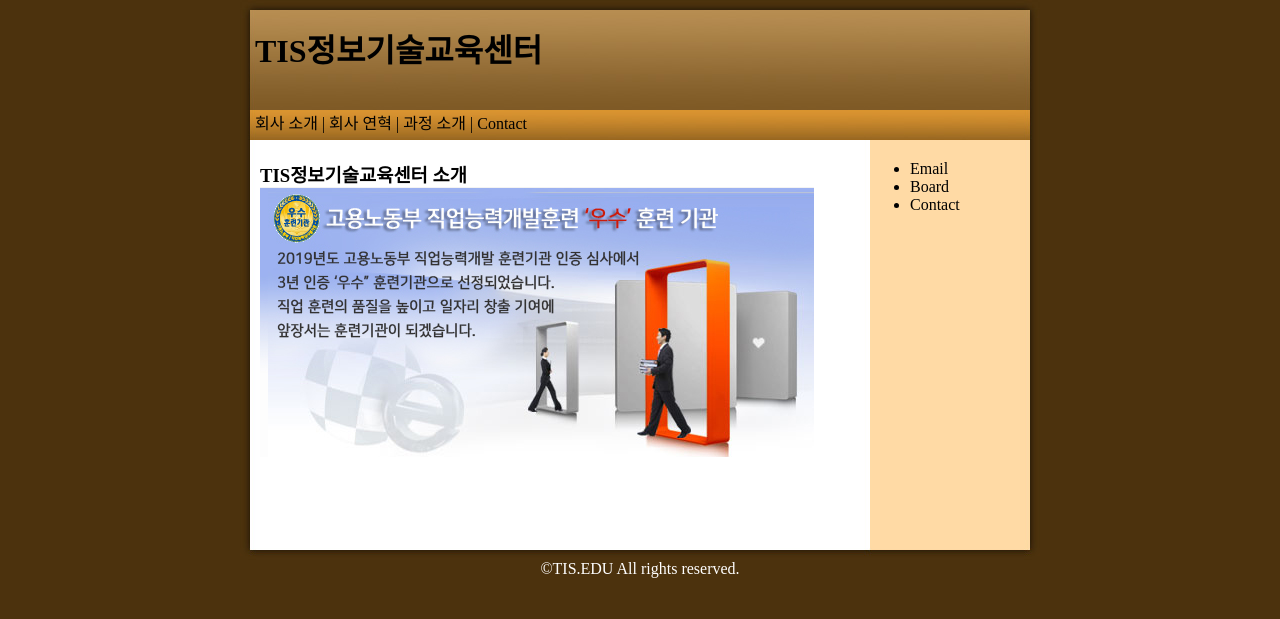
Repository: dkfagh/JSP_WS_2019_1
Page: http://localhost/191112/191112.jsp
These files come from the project's save history. The page is drawn as it stood at one moment and after the next save; the edit follows.
The browser window is 1280 px wide. The pictures show the whole page.
The page is served by Tomcat 9.

Above is the page before, as saved 2019-11-12 06:51:16.

### 191112/WebContent/191112.jsp
<%@ page language="java" contentType="text/html; charset=UTF-8"
    pageEncoding="UTF-8"%>
<!DOCTYPE html>
<html>
<head>
<meta charset="UTF-8">
<title>191112_JSP_02</title>
<style>
        *{margin:0;padding:0;}
        body{background-color:#4C320D;}
        /* margin:auto -> 좌우 여백 동일하게(가운데 정렬), width 설정해줘야함 */
        #wrap{width:800px;margin:auto;}
        #top{width:800px;height:10px;background-image: url("img/top.jpg");}
        #header{width:800px;height:100px;background-image: url("img/header.jpg");
                padding:15px;box-sizing: border-box;}
        #menu{width:800px;height:30px;background-image: url("img/menu.jpg");
              padding-left:15px;box-sizing: border-box;}
        #content{width:800px;height:400px;background-image: url("img/content.jpg");
                 padding:20px;box-sizing: border-box;}
        #bottom{width:800px;height:20px;background-image: url("img/bottom.jpg");}
        #footer{width:800px;text-align: center;color:white}
        #left{width:650px;float: left;}
    </style>
</head>
<body>
	<div id="wrap">
        <div id="top"></div>
        <div id="header">
            <h1>TIS정보기술교육센터</h1>
        </div>
        <div id="menu">
        	    회사 소개  |  회사 연혁  |  과정 소개  |  Contact
        </div>
        <div id="content">
            <div id="left">
                <h3>TIS정보기술교육센터 소개</h3>
                <img src="img/title.png" alt="교육 소개">
            </div>
            <div id="right">
                <ul>
                    <li>Email</li>
                    <li>Board</li>
                    <li>Contact</li>
                </ul>
            </div>
        </div>
        <div id="bottom"></div>
        <div id="footer">
            &copy;TIS.EDU All rights reserved.
        </div>
    </div>
</body>
</html>

### 191112/WebContent/menu.jsp
<%@ page language="java" contentType="text/html; charset=UTF-8"
    pageEncoding="UTF-8"%>
<hr>
<div id="menu">
회사 소개  |  회사 연혁  |  과정 소개  |  Contact
</div>

After the next save:
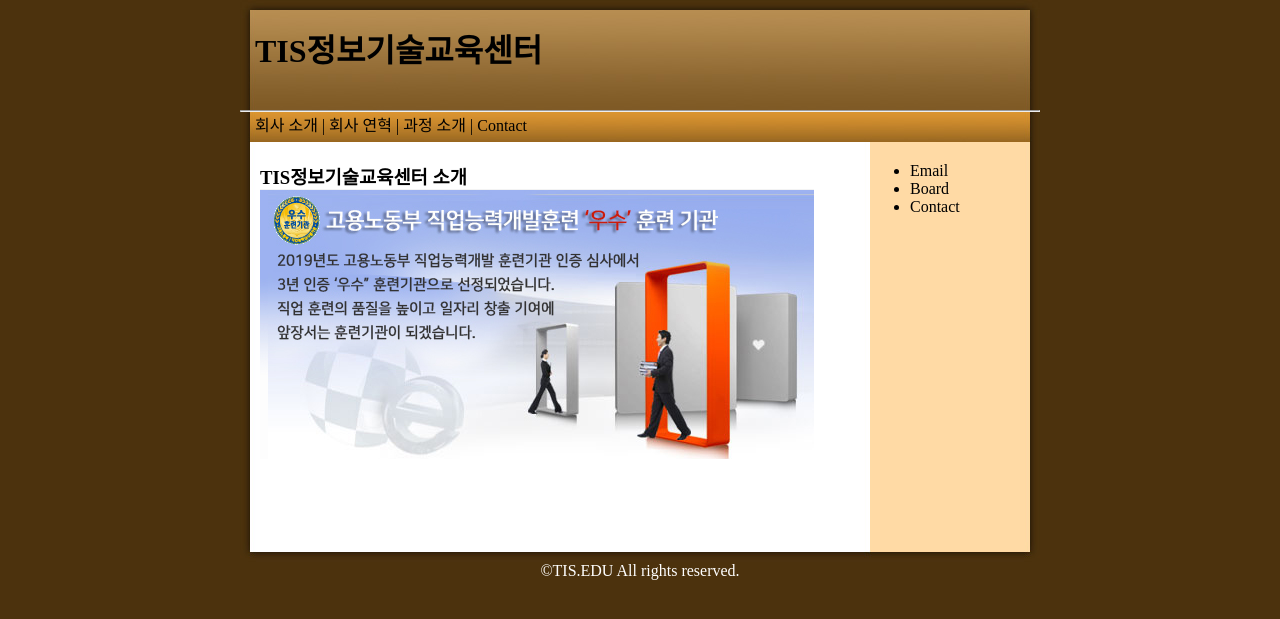
Saved 22 s later.
--- a/191112/WebContent/191112.jsp
+++ b/191112/WebContent/191112.jsp
@@ -28,9 +28,7 @@
         <div id="header">
             <h1>TIS정보기술교육센터</h1>
         </div>
-        <div id="menu">
-        	    회사 소개  |  회사 연혁  |  과정 소개  |  Contact
-        </div>
+        <jsp:include page="menu.jsp"></jsp:include>
         <div id="content">
             <div id="left">
                 <h3>TIS정보기술교육센터 소개</h3>

After the save that followed:
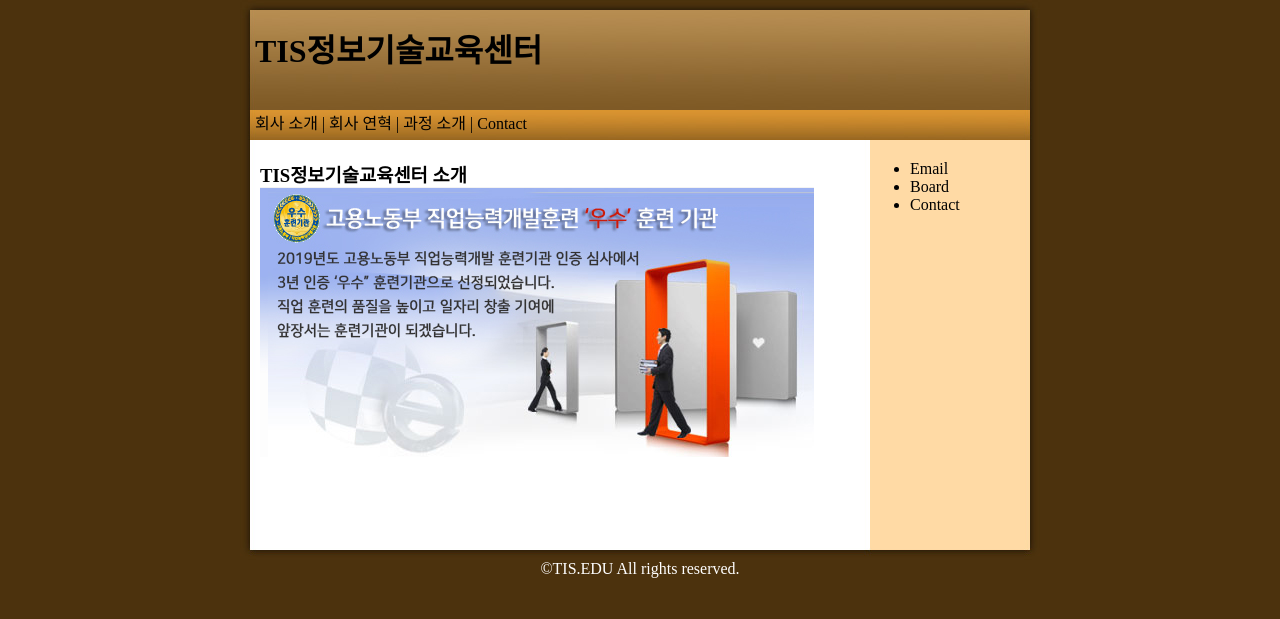
Saved 7 min 1 s later.
--- a/191112/WebContent/menu.jsp
+++ b/191112/WebContent/menu.jsp
@@ -1,6 +1,5 @@
 <%@ page language="java" contentType="text/html; charset=UTF-8"
     pageEncoding="UTF-8"%>
-<hr>
 <div id="menu">
 회사 소개  |  회사 연혁  |  과정 소개  |  Contact
 </div>
